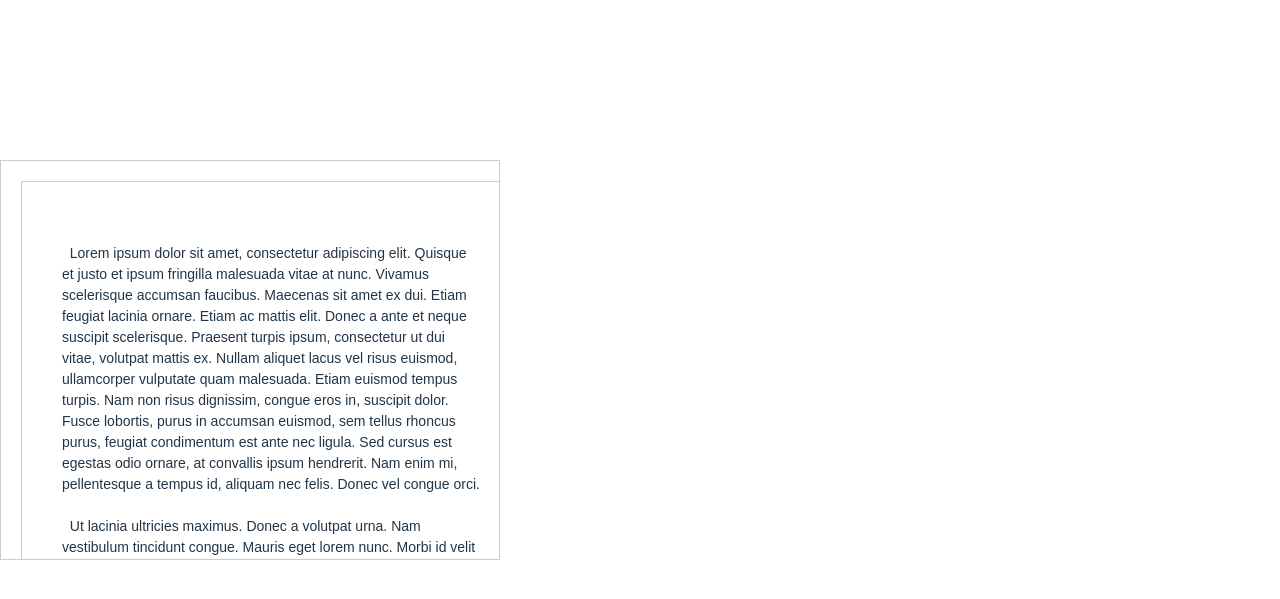
Repository: TakingJester766/Page-View
Page: /
An editor plug-in stored every save of this project. The page is shown before and after the next save, followed by the edit.
The browser window is 1280 px wide. The pictures show the whole page.
An inner scrolling area shows only its first screen. The project was rebuilt for these pictures with package versions that can differ from the ones it lists, and the page was loaded fresh each time. Also part of the build but not shown: vite.config.js.

Above is the page before, as saved 2023-01-15 18:57:12.

After the next save:
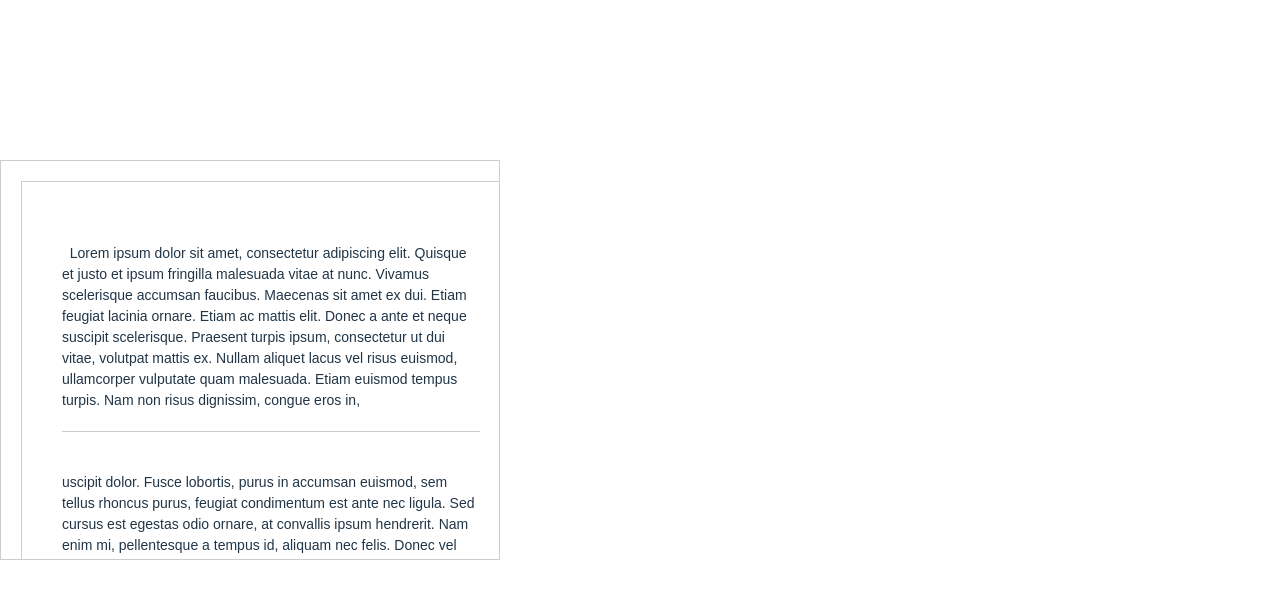
Saved 3 h 15 min later.
--- a/src/ScrollableText.jsx
+++ b/src/ScrollableText.jsx
@@ -2,11 +2,11 @@ import React, { useState } from 'react';
 
 const ScrollableText = ({text}) => {
   const [currentPage, setCurrentPage] = useState(0);
-  const charactersPerPage = 1800;
+  const charactersPerPage = 500;
   const pageCount = Math.ceil(text.length / charactersPerPage);
 
   const handleScroll = (event) => {
-    setCurrentPage(Math.floor(event.target.scrollTop / event.target.clientHeight));
+    setCurrentPage(Math.floor(event.target.scrollTop / event.target.scrollHeight));
   };
 
   return (
@@ -30,7 +30,6 @@ const ScrollableText = ({text}) => {
       })}
     </div>
   );
-
 }
 
 export default ScrollableText;
